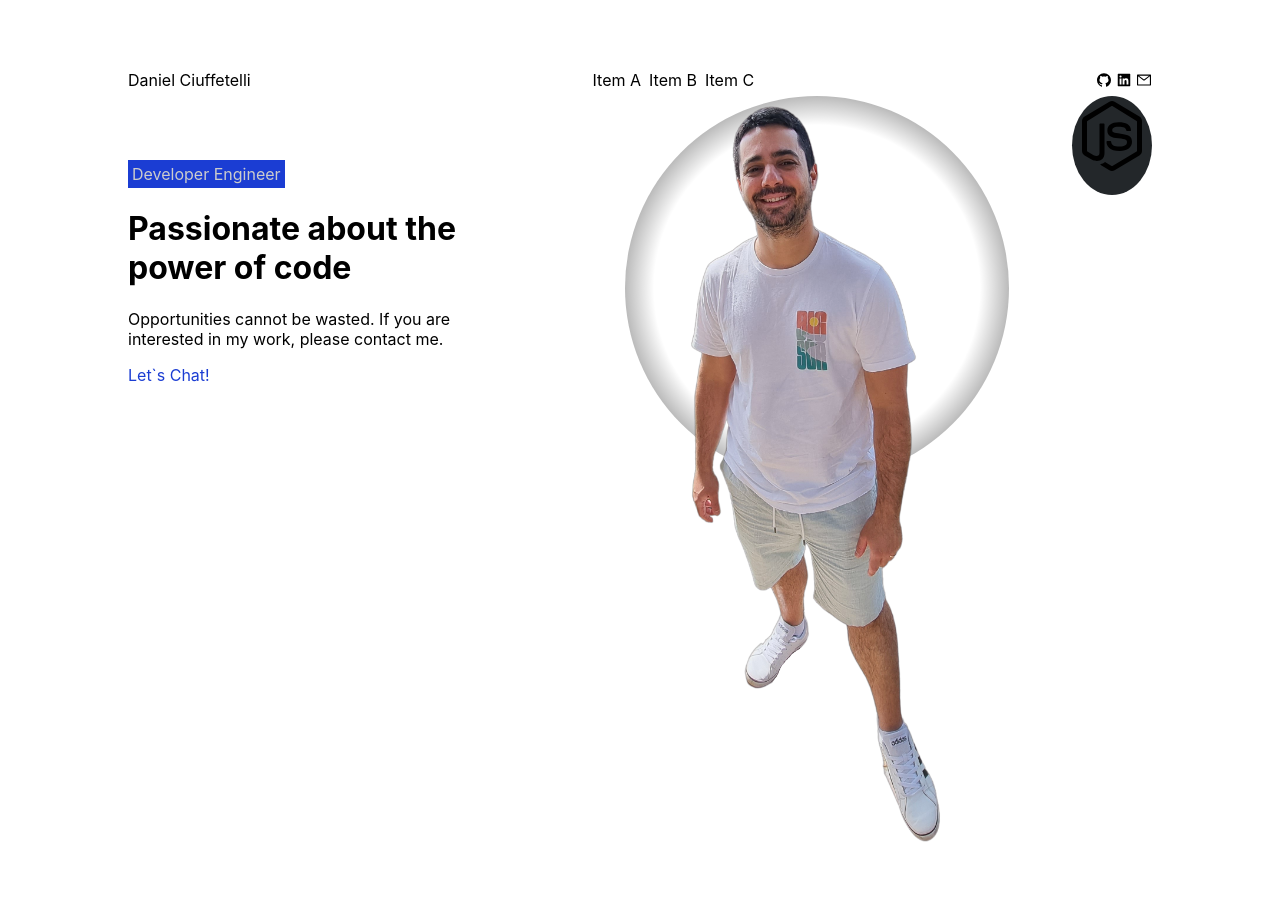
Repository: ciuffetelli/portfolio
Page: /
An editor plug-in stored every save of this project. The page is shown before and after the next save, followed by the edit.
The browser window is 1280 px wide. The pictures show the whole page.
The project was rebuilt for these pictures with package versions that can differ from the ones it lists, and the page was loaded fresh each time. The framework's server and built-in components were replaced by stand-ins that run in the browser. Also part of the build but not shown: next.config.js.

Above is the page before, as saved 2022-12-04 16:50:52.

After the next save:
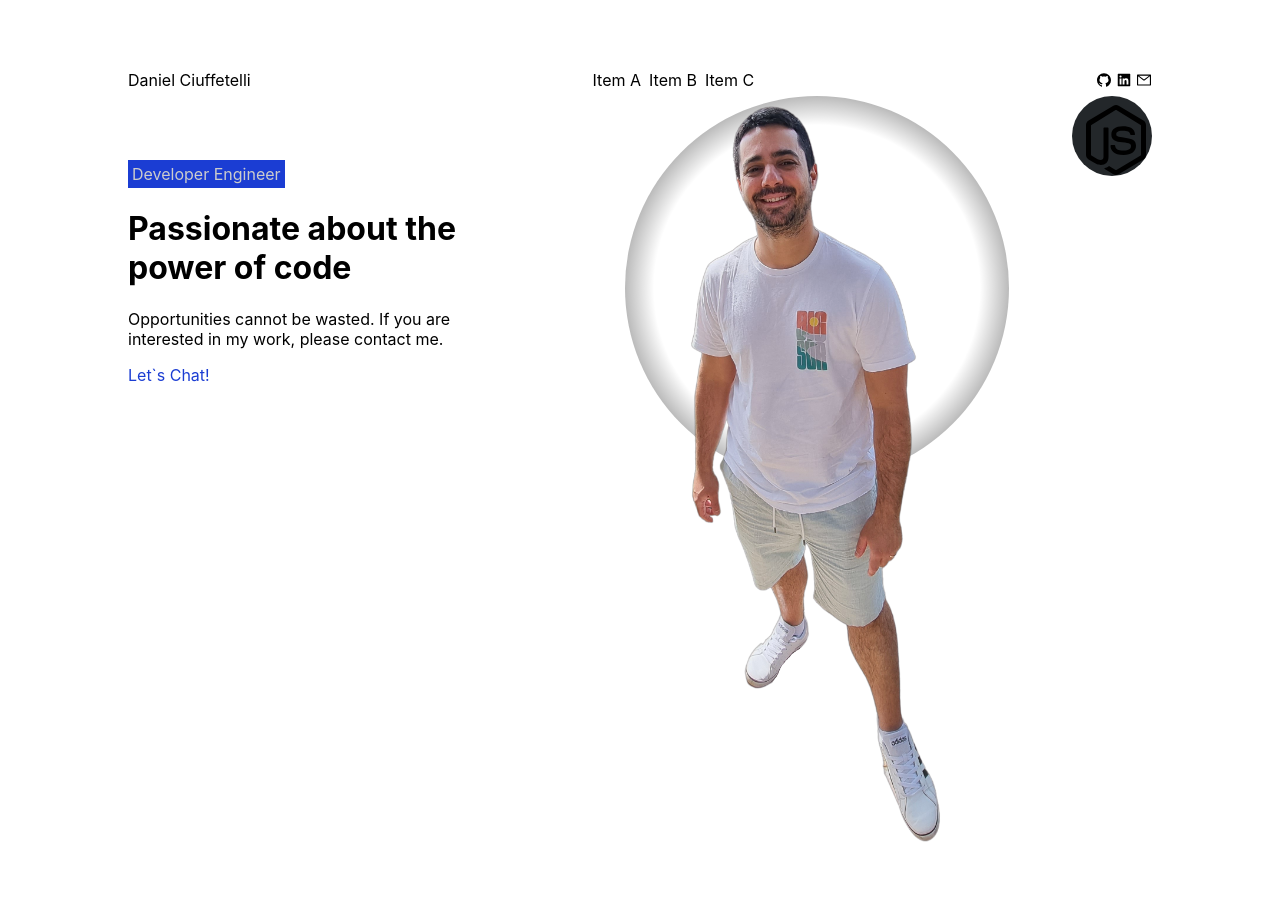
Saved 16 s later.
--- a/Components/Hero.tsx
+++ b/Components/Hero.tsx
@@ -76,9 +76,9 @@
 
 const Tech = styled.div`
     font-size: 5rem;
-    width: max-content;
-    height: max-content;
-    /* padding: 1rem; */
+    width: 5rem;
+    height: 5rem;
+    padding: 0.25rem;
     justify-content: center;
     align-items: center;
     border-radius: 50%;
